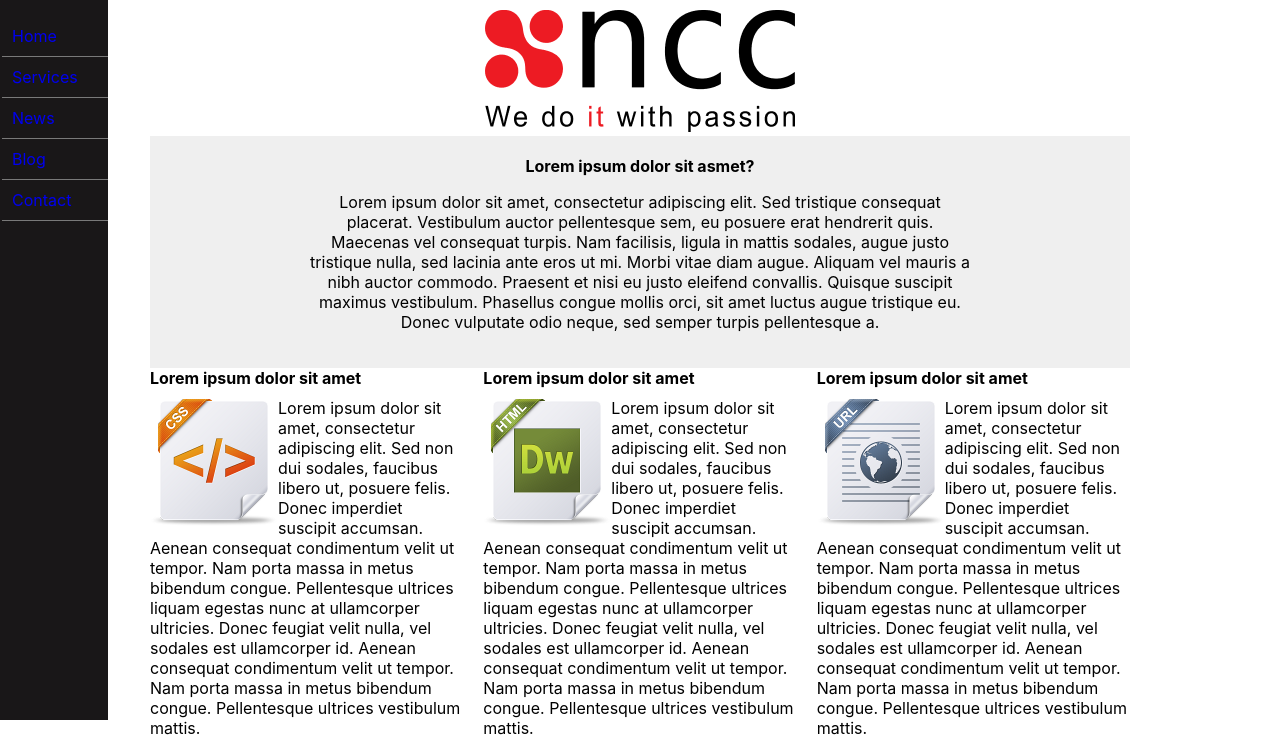
Repository: nganha241/testt
Page: /
These files come from the project's save history. The page is drawn as it stood at one moment and after the next save; the edit follows.
The browser window is 1280 px wide. The pictures show the whole page.
The project was rebuilt for these pictures with package versions that can differ from the ones it lists, and the page was loaded fresh each time.

Above is the page before, as saved 2023-02-28 11:39:51.

### src/App.js
import React from "react";
import Home from "./pages/Home";
import Navbar from "./pages/Navbar/Navbar";

export const App = () => {
  return (
    <div>
      <Navbar />
      <Home />
    </div>
  );
};

export default App;

### src/pages/Home.jsx
import logo from "./logoNCC.png";
import "./home.css";
import Card from "./home-card/Card";
import htmlic from "./html-icon.png";
import urlic from "./url-icon.png";
import cssic from "./css-icon.png";
const Home = () => {
  return (
    <section className="home">
      <div className="home-title">
        <img src={logo} alt="" />
      </div>
      <div className="home-content">
        <div className="content-title">Lorem ipsum dolor sit asmet?</div>
        <p>
          Lorem ipsum dolor sit amet, consectetur adipiscing elit. Sed tristique
          consequat placerat. Vestibulum auctor pellentesque sem, eu posuere
          erat hendrerit quis. Maecenas vel consequat turpis. Nam facilisis,
          ligula in mattis sodales, augue justo tristique nulla, sed lacinia
          ante eros ut mi. Morbi vitae diam augue. Aliquam vel mauris a nibh
          auctor commodo. Praesent et nisi eu justo eleifend convallis. Quisque
          suscipit maximus vestibulum. Phasellus congue mollis orci, sit amet
          luctus augue tristique eu. Donec vulputate odio neque, sed semper
          turpis pellentesque a.
        </p>
      </div>
      <div className="home-card">
        <Card icon={cssic} />
        <Card icon={htmlic} />
        <Card icon={urlic} />
      </div>
    </section>
  );
};

export default Home;

### src/pages/Navbar/Navbar.jsx
import React from "react";
import "./Navbar.css";

const Navbar = () => {
  return (
    <div className="nav">
      <ul className="nav-content">
        <li>
          <a href="#">Home</a>
        </li>
        <li>
          <a href="#">Services</a>
        </li>
        <li>
          <a href="#">News</a>
        </li>
        <li>
          <a href="#">Blog</a>
        </li>
        <li>
          <a href="#">Contact</a>
        </li>
      </ul>
    </div>
  );
};

export default Navbar;

### src/pages/home.css
.home {
  margin: 0 auto;
  padding: 10px 150px;
}
.home-title {
  text-align: center;
}
.home-content {
  text-align: center;
  background: #efefef;
  padding: 20px 160px;
  font-size: 16px;
}
.content-title {
  font-weight: bold;
}
.home-card {
  display: flex;
  gap: 20px;
}

### src/pages/home-card/Card.jsx
import React from "react";

import "./Card.css";

const Card = (props) => {
  const { icon } = props;
  return (
    <div className="card">
      <div className="card-title">Lorem ipsum dolor sit amet</div>
      <div className="card-content">
        <img src={icon} alt="" />
        <span className="card-text">
          Lorem ipsum dolor sit amet, consectetur adipiscing elit. Sed non dui
          sodales, faucibus libero ut, posuere felis. Donec imperdiet suscipit
          accumsan. Aenean consequat condimentum velit ut tempor. Nam porta
          massa in metus bibendum congue. Pellentesque ultrices liquam egestas
          nunc at ullamcorper ultricies. Donec feugiat velit nulla, vel sodales
          est ullamcorper id. Aenean consequat condimentum velit ut tempor. Nam
          porta massa in metus bibendum congue. Pellentesque ultrices vestibulum
          mattis.
        </span>
      </div>
    </div>
  );
};

export default Card;

### src/pages/Navbar/Navbar.css
.nav {
  position: fixed;
  top: 0;
  left: -38px;
  height: 100%;
  background: #191718;
}
.nav-content {
  /* padding: 10px; */
  color: #aaaa;
}
.nav-content li {
  border-bottom: 1px solid;
  list-style-type: none;
  padding: 10px 30px 10px 10px;
}

.nav-content li:hover {
  color: #fff;
  background: wheat;
}
.nav-content li a {
  text-decoration: none;
}

### src/pages/home-card/Card.css
.card-title {
  font-weight: bold;
  margin-bottom: 10px;
}
/* .card-content {
  display: flex;
} */
.card-content img {
  width: 128px;
  height: 128px;
  object-fit: cover;
  float: left;
}

.card-text {
  margin-top: 10px;
  text-align: left;
  font-size: 16px;
}

Loaded but not shown: public/index.html (common file); src/index.js (common file); src/index.css (common file)

After the next save:
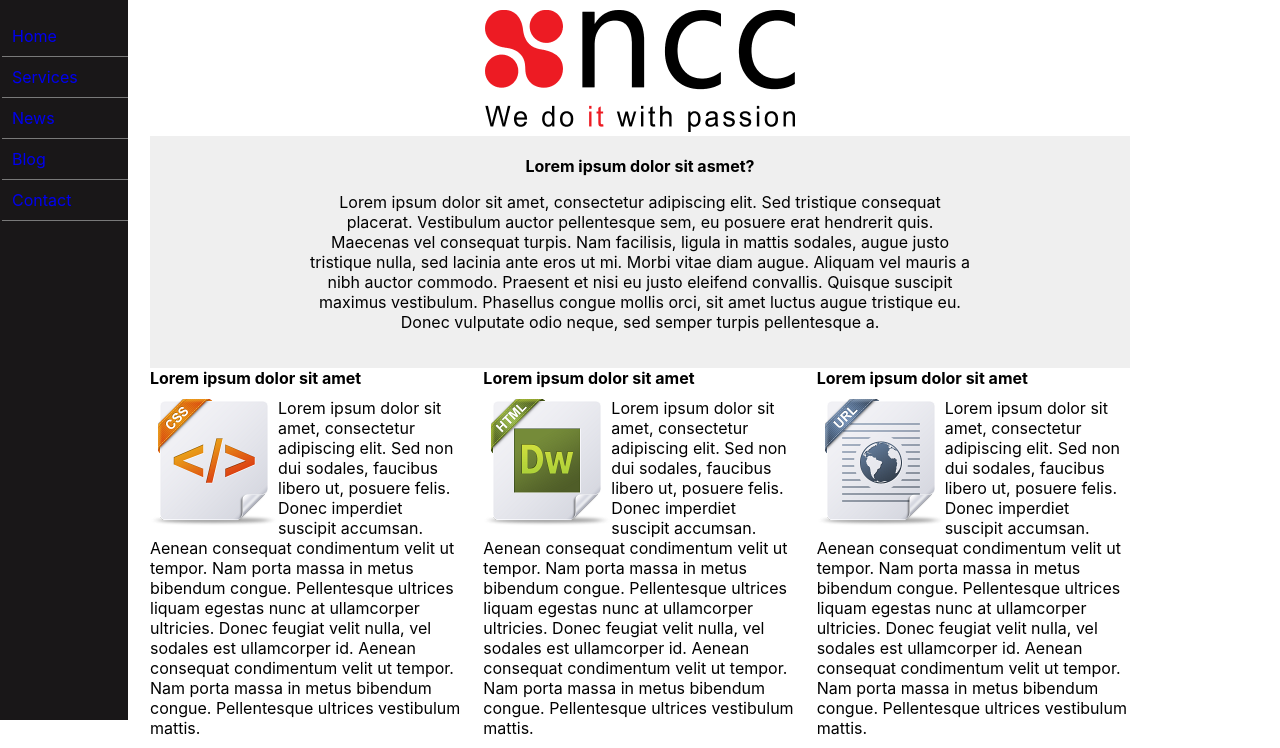
Saved 9 s later.
--- a/src/pages/Navbar/Navbar.css
+++ b/src/pages/Navbar/Navbar.css
@@ -12,7 +12,7 @@
 .nav-content li {
   border-bottom: 1px solid;
   list-style-type: none;
-  padding: 10px 30px 10px 10px;
+  padding: 10px 50px 10px 10px;
 }
 
 .nav-content li:hover {
